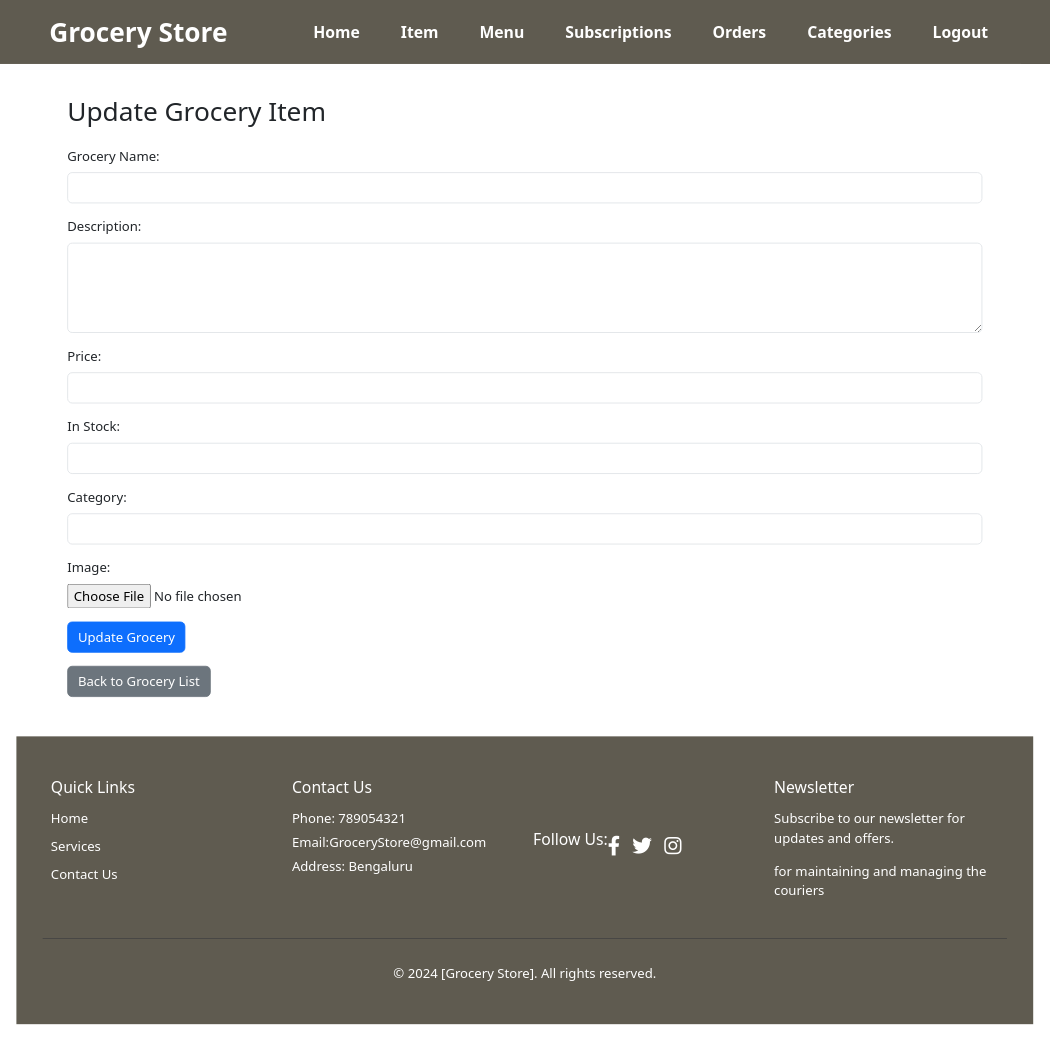
Repository: NagaMounikaY/GroceriesSubscriptionBookingManagement
Page: http://localhost/GroceriesSubBookingSystem/WEB-INF/views/update-grocery.jsp
These files come from the project's save history. The page is drawn as it stood at one moment and after the next save; the edit follows.
The browser window is 1280 px wide. The pictures show the whole page, at 82% of full size.
The page is served by Tomcat 9. Nobody is signed in. The template is opened directly, without the code that normally fills it, so the values that code supplies are empty.

Above is the page before, as saved 2024-09-17 03:51:44.

After the next save:
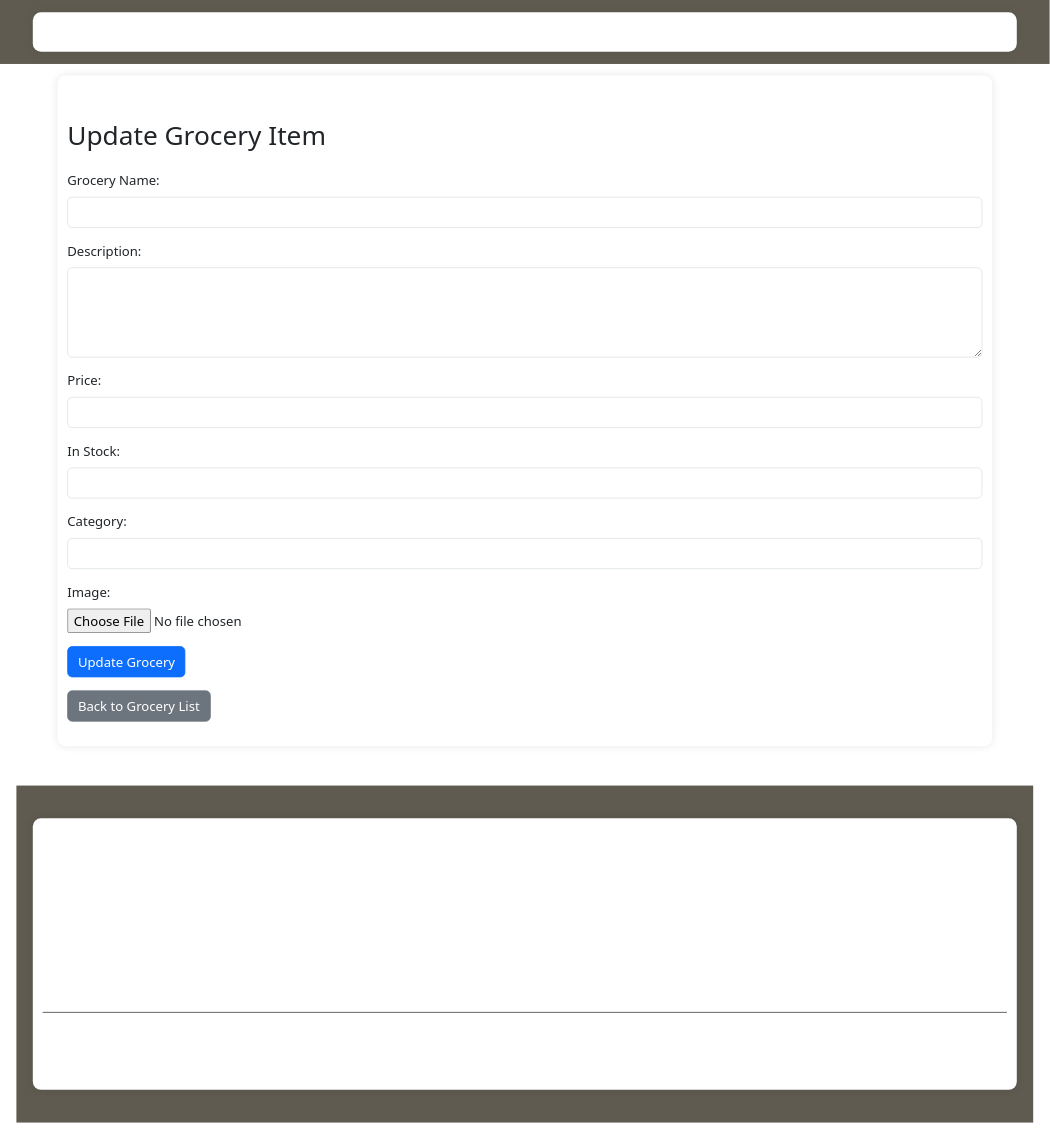
Saved 67 min 10 s later.
--- a/GroceriesSubBookingSystem/src/main/webapp/WEB-INF/views/update-grocery.jsp
+++ b/GroceriesSubBookingSystem/src/main/webapp/WEB-INF/views/update-grocery.jsp
@@ -9,9 +9,38 @@
     <style>
         body {
             padding: 20px;
+            background-color: #f8f9fa;
+        }
+        .container {
+            background-color: #ffffff;
+            padding: 30px;
+            border-radius: 10px;
+            box-shadow: 0 0 10px rgba(0, 0, 0, 0.1);
         }
         .form-group img {
             max-width: 200px;
+            margin-top: 10px;
+        }
+        .btn-primary {
+            background-color: #007bff;
+            border-color: #007bff;
+        }
+        .btn-primary:hover {
+            background-color: #0056b3;
+            border-color: #004085;
+        }
+        .btn-secondary {
+            background-color: #6c757d;
+            border-color: #6c757d;
+        }
+        .btn-secondary:hover {
+            background-color: #5a6268;
+            border-color: #545b62;
+        }
+        .alert-info {
+            background-color: #d1ecf1;
+            border-color: #bee5eb;
+            color: #0c5460;
         }
     </style>
 </head>
